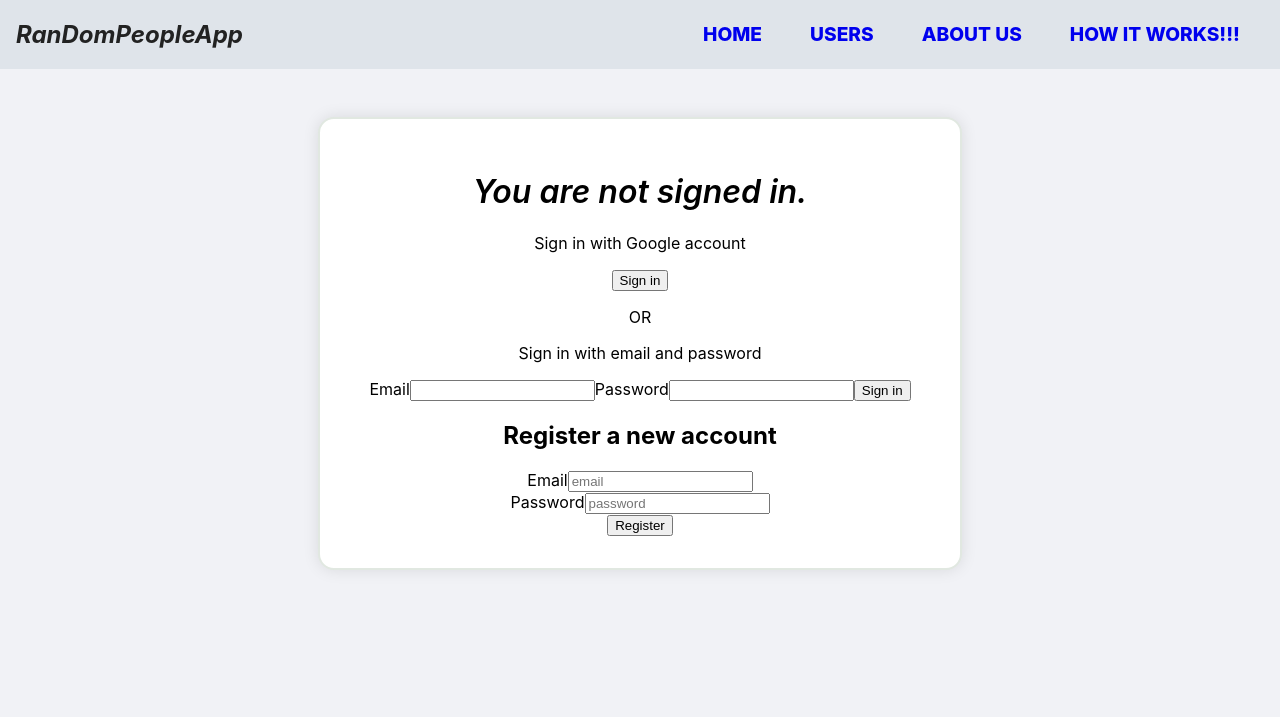
Repository: MikkyPrestige/RandomProfiles
Page: /profile
These files come from the project's save history. The page is drawn as it stood at one moment and after the next save; the edit follows.
The browser window is 1280 px wide. The pictures show the whole page.
The project was rebuilt for these pictures with package versions that can differ from the ones it lists, and the page was loaded fresh each time. Also part of the build but not shown: src/assets/styles/home.css, src/components/avatar.jsx, src/components/home.jsx, src/assets/styles/users.css, src/components/users.jsx, src/assets/styles/search.css, src/components/search.jsx, src/assets/styles/help.css and 6 more.

Above is the page before, as saved 2022-11-30 03:03:00.

After the next save:
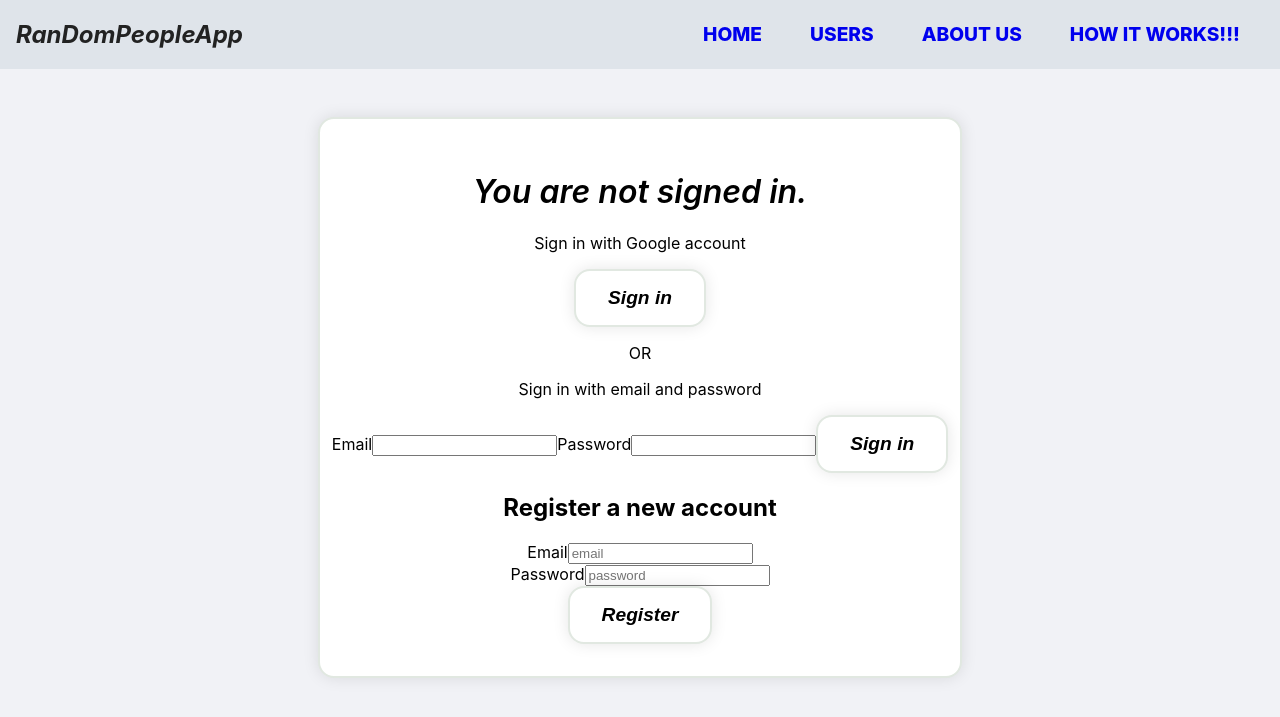
Saved 30 s later.
--- a/src/assets/styles/profile.css
+++ b/src/assets/styles/profile.css
@@ -42,3 +42,15 @@
 .btn__wrapper {
   margin-top: 2rem;
 }
+
+.sign__btn {
+  background-color: #fff;
+  border: 2px solid #e1e8e1;
+  border-radius: 1rem;
+  box-shadow: 0 0 1rem rgba(0, 0, 0, 0.1);
+  padding: 1rem 2rem;
+  font-size: 1.2rem;
+  font-weight: 600;
+  font-style: oblique;
+  cursor: pointer;
+}
